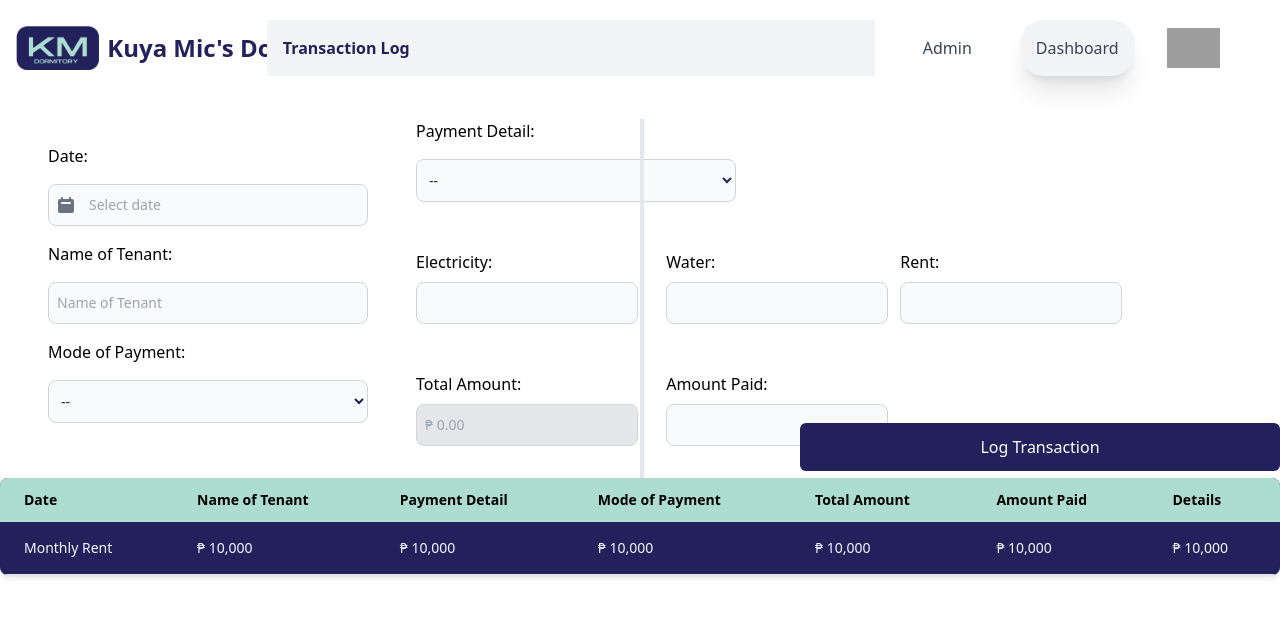
Repository: theamgri/Dormitory-Management-System
Page: paymentactivity.html
These files come from the project's save history. The page is drawn as it stood at one moment and after a run of saves; the edit follows.
The browser window is 1280 px wide. The pictures show the whole page.
Pictures or frames that could not be fetched are drawn as grey boxes. Some web libraries are served in a nearby version.

Above is the page before, as saved 2023-01-11 22:43:02.

### paymentactivity.html
<!DOCTYPE html>
<html lang="en">
<head>
    <script src="https://cdn.tailwindcss.com"></script>
    <script src="https://unpkg.com/flowbite@1.5.5/dist/datepicker.js"></script>
    <meta charset="UTF-8">
    <meta http-equiv="X-UA-Compatible" content="IE=edge">
    <meta name="viewport" content="width=device-width, initial-scale=1.0">
    <link rel="icon" type="image/x-icon" href="/assets/logo.png">
    <title>Payment Activity</title>

    <nav class="bg-white border-gray-200 px-2 sm:px-4 py-1 rounded dark:bg-gray-100">
        <div class="container flex flex-wrap items-center justify-between mx-auto">
          <a href="/" class="flex sm:items-left">
              <img src="/assets/logo.png" class="h-11" alt="KM Logo" />
              <span class="self-center align-middle pl-2 text-2xl font-Montserrat font-bold whitespace-nowrap" style="color: #22215B">Kuya Mic's Dormitory </span>
          </a>

          <button data-collapse-toggle="navbar-default" type="button" class="inline-flex items-center p-2 ml-3 text-sm text-gray-500 rounded-lg md:hidden hover:bg-gray-100 focus:outline-none focus:ring-2 focus:ring-gray-200 dark:text-gray-400 dark:hover:bg-gray-700 dark:focus:ring-gray-600" aria-controls="navbar-default" aria-expanded="false">
          <svg class="w-6 h-6" aria-hidden="true" fill="currentColor" viewBox="0 0 20 20" xmlns="http://www.w3.org/2000/svg"><path fill-rule="evenodd" d="M3 5a1 1 0 011-1h12a1 1 0 110 2H4a1 1 0 01-1-1zM3 10a1 1 0 011-1h12a1 1 0 110 2H4a1 1 0 01-1-1zM3 15a1 1 0 011-1h12a1 1 0 110 2H4a1 1 0 01-1-1z" clip-rule="evenodd"></path></svg>
          </button>
          <div class="hidden w-full md:block md:w-auto" id="navbar-default">

            <ul class="flex flex-col p-4 mt-4 border border-gray-100 rounded-lg md:flex-row md:space-x-8 md:mt-0 md:text-sm md:font-medium md:border-0">

              <li>
                <a href="#" class="block font-bold bg-gray-100 font-Montserrat text-base md:p-4" aria-current="page" style="color: #22215B; margin-left:-38rem;">Transaction Log</a>
              </li>
              <li>
                <a href="index.html" class="block font-Montserrat rounded text-base md:text-gray-700 md:p-4" aria-current="page">Admin</a>
              </li>
              <li>
                <a href="home.html" class="block shadow-xl bg-gray-100 font-Montserrat rounded-3xl text-base md:text-gray-700 md:p-4" aria-current="page">Dashboard</a>
              </li>
              <li>
                <a href="home.html" class="block py-2 pl-0 pr-4" aria-current="page"><img src="https://icones.pro/wp-content/uploads/2021/02/icone-utilisateur-gris.png" class="h-1 mr-3 sm:h-10" alt="KM Logo" /></a>
              </li>
            </ul>
          </div>

        </div>
      </nav>
</head>
<body>

  <div class="relative" style="margin: 3rem; margin-left: 3rem;">
    <h3 style="margin-bottom: 1rem;">Date:</h3>
    <div class="absolute inset-y-0 left-0 items-center pl-2 pointer-events-none" style="padding-top: 3.2rem;">

      <svg aria-hidden="true" class="w-5 h-5 text-gray-500 dark:text-gray-400" fill="currentColor" viewBox="0 0 20 20" xmlns="http://www.w3.org/2000/svg"><path fill-rule="evenodd" d="M6 2a1 1 0 00-1 1v1H4a2 2 0 00-2 2v10a2 2 0 002 2h12a2 2 0 002-2V6a2 2 0 00-2-2h-1V3a1 1 0 10-2 0v1H7V3a1 1 0 00-1-1zm0 5a1 1 0 000 2h8a1 1 0 100-2H6z" clip-rule="evenodd"></path></svg>
    </div>


    <input datepicker type="text" class="bg-gray-50 border border-gray-300 text-gray-900 text-sm rounded-lg focus:ring-blue-500 focus:border-blue-500 block w-80 pl-10 p-2.5 dark:border-gray-600 dark:placeholder-gray-400 dark:text-white dark:focus:ring-blue-500 dark:focus:border-blue-900" placeholder="Select date" style="color: #22215B;";>

  </div>

    <div>
      <div style="margin-left:3rem; margin-top: -2rem;">
      <h3>Name of Tenant:</h3>
      <input type="text" class="bg-gray-50 border border-gray-300 text-gray-900 text-sm rounded-lg focus:ring-blue-500 focus:border-blue-500 block w-80 pl-2 p-2.5 dark:border-gray-600 dark:placeholder-gray-400 dark:text-white dark:focus:ring-blue-500 dark:focus:border-blue-500" style=" margin-top: 1rem; color: #22215B;" placeholder="Name of Tenant">
    </div>
  </div>


    <div style="margin-left:3rem; margin-top: 1rem;">
    <h3>Mode of Payment:</h3>
    <select class="bg-gray-50 border border-gray-300 text-gray-900 text-sm rounded-lg focus:ring-blue-500 focus:border-blue-500 block w-80 pl-2 p-2.5 dark:border-gray-600 dark:placeholder-gray-400 dark:text-white dark:focus:ring-blue-500 dark:focus:border-blue-500" style="color: #22215B; margin-top: 1rem;" placeholder="Mode of Payment">
      <option>--</option>
      <option>Gcash</option>

        <option>Cash-Over the Counter</option>
    </select>
  </div>

<div class="sm:fixed left-1/2 w-1 bg-gray-200" style="margin-top: -19rem; height: 25rem"></div>

<div class="sm:absolute top-15 right-0" >
  <button onclick="location.href='#'" type="submit" class="block mt-0 mb-4 text-white bg-primary-600 focus:ring-4 focus:outline-none focus:ring-primary-300 font-medium rounded-md text-md px-10 py-2.5 sm:text-center" style="background-color:#22215B; height: 3rem; width: 30rem;">Log Transaction</button>
    </div>



    <div class="text" style="margin-left:25rem; margin-top: -20rem; padding: 1rem;">

        <h3>Payment Detail:</h3>
        <select class="bg-gray-50 border border-gray-300 text-gray-900 text-sm rounded-lg focus:ring-blue-500 focus:border-blue-500 block w-80 pl-2 p-2.5 dark:border-gray-600 dark:placeholder-gray-400 dark:text-white dark:focus:ring-blue-500 dark:focus:border-blue-500" style="color: #22215B; margin-top: 1rem;" placeholder="Mode of Payment">
          <option>--</option>
          <option>Gcash</option>

            <option>Cash-Over the Counter</option>
        </select>


  </div>


     <div class="inline-block" style="margin-left:25rem; margin-top: 1rem; padding: 1rem;">
        <h3 style="padding-bottom: 0.5rem">Electricity:</h3>
            <input type="text" class="bg-gray-50 border border-gray-300 text-gray-900 text-sm rounded-lg focus:ring-blue-500 focus:border-blue-500 block w-50 pl-2 p-2.5 dark:border-gray-600 dark:placeholder-gray-400 dark:text-white dark:focus:ring-blue-500 dark:focus:border-blue-500" style="color: #22215B;" placeholder="">
    </div>


    <div class="inline-block" style="margin-left:0.5rem; margin-top: 1rem;">
        <h3 style="padding-bottom: 0.5rem">Water:</h3>
            <input type="text" class="bg-gray-50 border border-gray-300 text-gray-900 text-sm rounded-lg focus:ring-blue-500 focus:border-blue-500 block w-50 pl-2 p-2.5 dark:border-gray-600 dark:placeholder-gray-400 dark:text-white dark:focus:ring-blue-500 dark:focus:border-blue-500" style="color: #22215B;" placeholder="">
    </div>


    <div class="inline-block" style="margin-left:0.5rem; margin-top: 1rem;">
        <h3 style="padding-bottom: 0.5rem">Rent:</h3>
            <input type="text" class="bg-gray-50 border border-gray-300 text-gray-900 text-sm rounded-lg focus:ring-blue-500 focus:border-blue-500 block w-50 pl-2 p-2.5 dark:border-gray-600 dark:placeholder-gray-400 dark:text-white dark:focus:ring-blue-500 dark:focus:border-blue-500" style="color: #22215B;" placeholder="">
    </div>


 <div>
    <div class="inline-block" style="margin-left:25rem; margin-top: 1rem; padding: 1rem;">
      <h3 style="padding-bottom: 0.5rem">Total Amount:</h3>
          <input type="text" class="bg-gray-200 border border-gray-300 text-gray-900 text-sm rounded-lg focus:ring-blue-500 focus:border-blue-500 block w-50 pl-2 p-2.5 dark:border-gray-600 dark:placeholder-gray-400 dark:text-white dark:focus:ring-blue-500 dark:focus:border-blue-500" style="color: #22215B;" placeholder="₱ 0.00">
  </div>


  <div class="inline-block" style="margin-left:0.5rem; margin-top: 1rem;">
      <h3 style="padding-bottom: 0.5rem">Amount Paid:</h3>
          <input type="text" class="bg-gray-50 border border-gray-300 text-gray-900 text-sm rounded-lg focus:ring-blue-500 focus:border-blue-500 block w-50 pl-2 p-2.5 dark:border-gray-600 dark:placeholder-gray-400 dark:text-white dark:focus:ring-blue-500 dark:focus:border-blue-500" style="color: #22215B;" placeholder="">

        </div>


</div>
</div>

<div class="mt-4 relative overflow-x-auto shadow-md sm:rounded-lg" style="background-color:#22215B;">
  <table class="w-full text-sm text-left" style="background-color: #ADDDD0">

    <thead class="text-md">


        <tr><th scope="col" class="px-6 py-3">
          Date
    </th>
      <th scope="col" class="px-6 py-3">
          Name of Tenant
      </th>
      <th scope="col" class="px-6 py-3">
        Payment Detail
      </th>
      <th scope="col" class="px-6 py-3">
        Mode of Payment
      </th>
      <th scope="col" class="px-6 py-3">
        Total Amount
      </th>
      <th scope="col" class="px-6 py-3">
        Amount Paid
      </th>
      <th scope="col" class="px-6 py-3">
        Details
      </th>
     </tr>
    </thead>





    <tbody style="background-color:#22215B; color:aliceblue;">
      <tr class="border-b ">
        <th scope="row" class="px-6 py-4 font-medium">
            Monthly Rent
        </th><th scope="row" class="px-6 py-4 font-medium">
          ₱ 10,000
      </th>
    </th><th scope="row" class="px-6 py-4 font-medium">
      ₱ 10,000
  </th>
</th><th scope="row" class="px-6 py-4 font-medium">
  ₱ 10,000
</th>
</th><th scope="row" class="px-6 py-4 font-medium">
  ₱ 10,000
</th>
</th><th scope="row" class="px-6 py-4 font-medium">
  ₱ 10,000
</th>
</th><th scope="row" class="px-6 py-4 font-medium">
  ₱ 10,000
</th>
    </tr>




</tr>


      </tbody>

  </table>

</div>






</body>
</html>

After the next 2 saves:
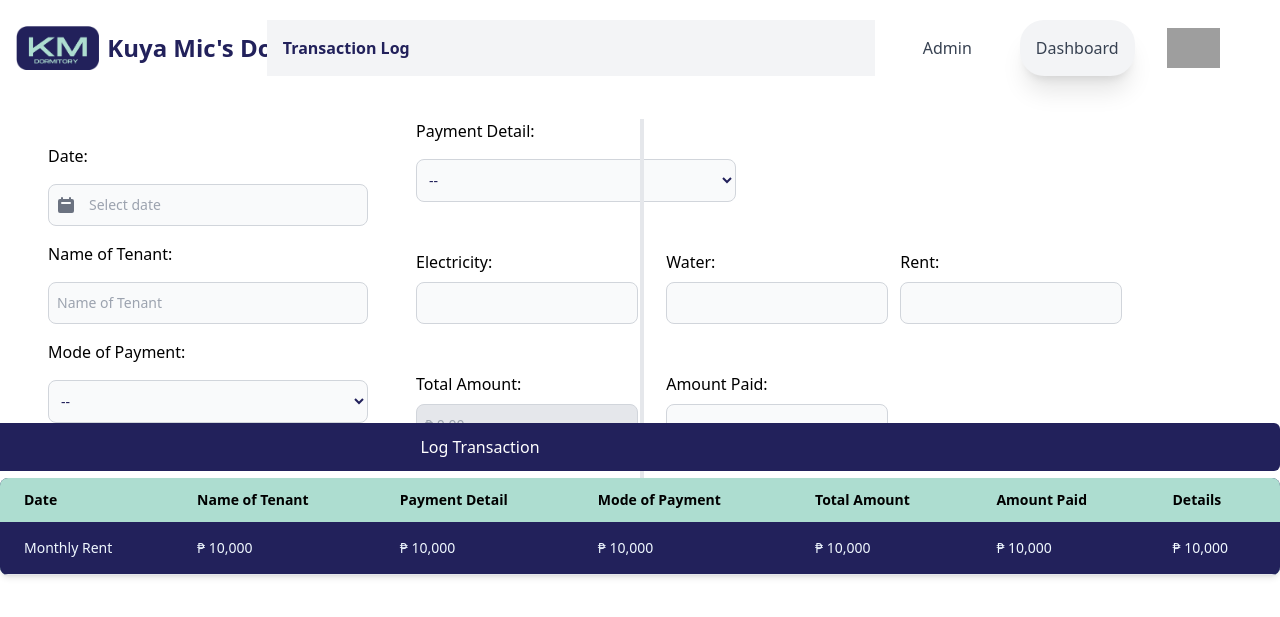
The 2 saves are shown as one change because they came seconds apart.
The last was saved 8 s later.
--- a/paymentactivity.html
+++ b/paymentactivity.html
@@ -76,7 +76,7 @@
 <div class="sm:fixed left-1/2 w-1 bg-gray-200" style="margin-top: -19rem; height: 25rem"></div>
 
 <div class="sm:absolute top-15 right-0" >
-  <button onclick="location.href='#'" type="submit" class="block mt-0 mb-4 text-white bg-primary-600 focus:ring-4 focus:outline-none focus:ring-primary-300 font-medium rounded-md text-md px-10 py-2.5 sm:text-center" style="background-color:#22215B; height: 3rem; width: 30rem;">Log Transaction</button>
+  <button onclick="location.href='#'" type="submit" class="block mt-0 mb-4 text-white bg-primary-600 focus:ring-4 focus:outline-none focus:ring-primary-300 font-medium rounded-md text-md px-10 py-2.5 sm:text-center" style="background-color:#22215B; height: 3rem; width: 100rem;">Log Transaction</button>
     </div>
 
 
